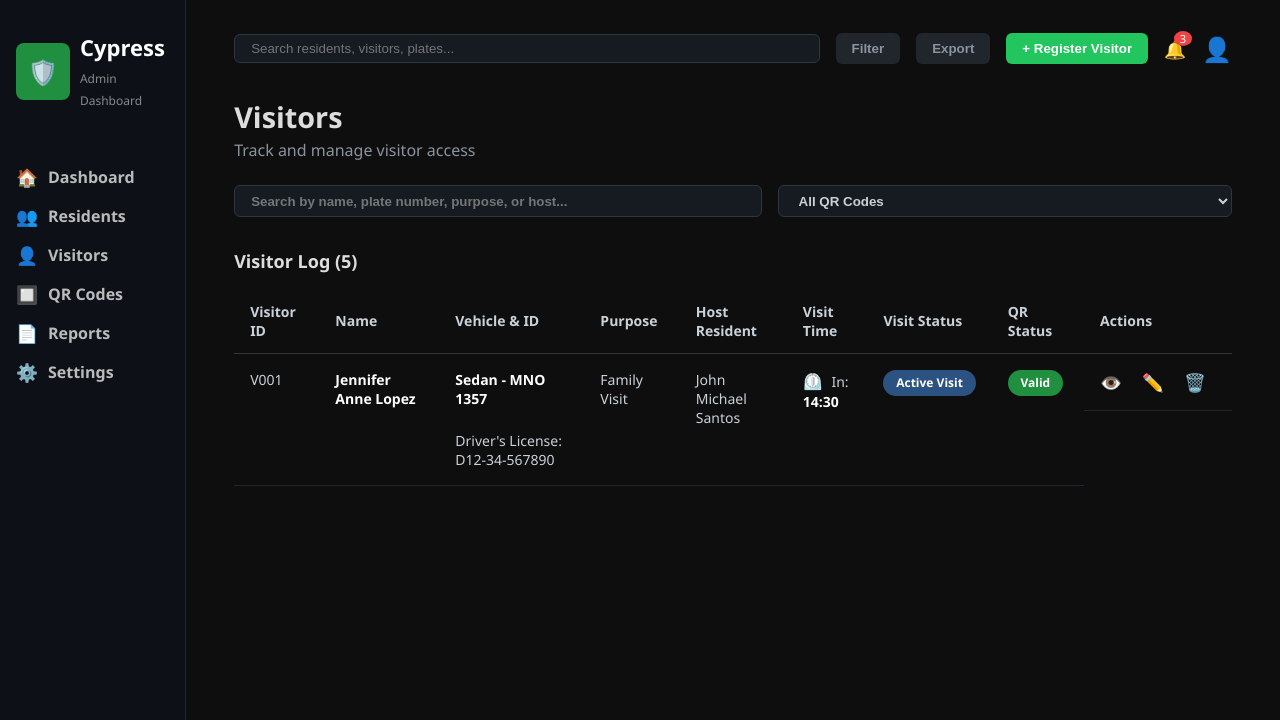
Repository: camuramon/my-project
Page: templates/admin/visitors.html
An editor plug-in stored every save of this project. The page is shown before and after the next save, followed by the edit.
The browser window is 1280 px wide. The pictures show the whole page.
The template is drawn by Flask 3. The application's start-up code is not run. Other server files are loaded and not shown. The template is opened directly, without the code that normally fills it, so the values that code supplies are empty.

Above is the page before, as saved 2025-08-31 05:01:53.

### templates/admin/visitors.html
<!DOCTYPE html>
<html lang="en">
<head>
    <meta charset="UTF-8" />
    <meta name="viewport" content="width=device-width, initial-scale=1" />
    <title>Cypress Admin Dashboard - Visitors</title>
    <!-- Connect visitor.css -->
<link rel="stylesheet" href="{{ url_for('static', filename='css/admin.css') }}">
<link rel="stylesheet" href="{{ url_for('static', filename='css/visitor.css') }}">
</head>
<body>
    <aside class="sidebar">
    <div class="logo">
        <div class="icon">🛡️</div>
        <div class="title">
            <h2>Cypress</h2>
            <span>Admin Dashboard</span>
        </div>
    </div>
    <nav>
        <ul class="sidebar-menu">
            <li class="{% if request.path == url_for('admin_dashboard') %}active{% endif %}">
                <a href="{{ url_for('admin_dashboard') }}"><span class="icon">🏠</span> Dashboard</a>
            </li>
            <li class="{% if request.path == url_for('admin_residents') %}active{% endif %}">
                <a href="{{ url_for('admin_residents') }}"><span class="icon">👥</span> Residents</a>
            </li>
            <li class="{% if request.path == url_for('admin_visitors') %}active{% endif %}">
                <a href="{{ url_for('admin_visitors') }}"><span class="icon">👤</span> Visitors</a>
            </li>
            <li>
                <a href="#"><span class="icon">🔲</span> QR Codes</a>
            </li>
            <li class="{% if request.path == url_for('admin_reports') %}active{% endif %}">
                <a href="{{ url_for('admin_reports') }}"><span class="icon">📄</span> Reports</a>
            </li>
            <li class="{% if request.path == url_for('admin_settings') %}active{% endif %}">
                <a href="{{ url_for('admin_settings') }}"><span class="icon">⚙️</span> Settings</a>
            </li>
        </ul>
    </nav>
</aside>


    <main class="main-content">
        <header class="topbar">
            <input type="search" placeholder="Search residents, visitors, plates..." />
            <div class="topbar-actions">
                <button class="btn filter">Filter</button>
                <button class="btn export">Export</button>
                <button class="btn register-visitor">+ Register Visitor</button>
                <div class="notification">
                    <span class="icon">🔔</span>
                    <span class="badge">3</span>
                </div>
                <div class="profile-icon">👤</div>
            </div>
        </header>

        <section class="page-info">
            <h2>Visitors</h2>
            <p>Track and manage visitor access</p>

            <div class="search-filter">
                <input type="search" placeholder="Search by name, plate number, purpose, or host..." />
                <select>
                    <option>All QR Codes</option>
                </select>
            </div>

            <div class="visitor-log">
                <h3>Visitor Log (5)</h3>
                <table>
                    <thead>
                        <tr>
                            <th>Visitor ID</th>
                            <th>Name</th>
                            <th>Vehicle &amp; ID</th>
                            <th>Purpose</th>
                            <th>Host Resident</th>
                            <th>Visit Time</th>
                            <th>Visit Status</th>
                            <th>QR Status</th>
                            <th>Actions</th>
                        </tr>
                    </thead>
                    <tbody>
                        <tr>
                            <td>V001</td>
                            <td><strong>Jennifer Anne Lopez</strong></td>
                            <td>
                                <strong>Sedan - MNO 1357</strong><br />
                                Driver's License: D12-34-567890
                            </td>
                            <td>Family Visit</td>
                            <td>John Michael <br /> Santos</td>
                            <td><span class="clock-icon">⏲️</span> In:<br /><strong>14:30</strong></td>
                            <td><span class="status active-visit">Active Visit</span></td>
                            <td><span class="qr-status valid">Valid</span></td>
                            <td class="actions">
                                <span class="icon">👁️</span>
                                <span class="icon">✏️</span>
                                <span class="icon">🗑️</span>
                            </td>
                        </tr>
                        <!-- Additional visitor rows -->
                    </tbody>
                </table>
            </div>
        </section>
    </main>
</body>
</html>

### static/css/admin.css
/* ===========================
   GENERAL RESET & BASE STYLES
=========================== */
* {
    box-sizing: border-box;
    margin: 0;
    padding: 0;
}

body {
    font-family: 'Segoe UI', Tahoma, Geneva, Verdana, sans-serif;
    background-color: #0e0e0f;
    color: #ddd;
    display: flex;
    min-height: 100vh;
}

/* ===========================
   SIDEBAR
=========================== */
.sidebar {
    width: 250px;
    background-color: #121314;
    height: 100vh;
    padding: 20px;
    display: flex;
    flex-direction: column;
}

.logo {
    display: flex;
    align-items: center;
    margin-bottom: 40px;
}

.logo .icon {
    background-color: #208f3f;
    padding: 12px;
    border-radius: 8px;
    font-size: 24px;
    color: white;
    margin-right: 10px;
}

.logo .title h2 {
    font-weight: 700;
    color: white;
    margin-bottom: 4px;
}

.logo .title span {
    font-size: 12px;
    color: #888;
}

.sidebar-menu {
    list-style: none;
    padding: 0;
}

.sidebar-menu li {
    margin: 15px 0;
}

.sidebar-menu li a {
    text-decoration: none;
    color: #bbb;
    font-weight: 600;
    display: flex;
    align-items: center;
    gap: 10px;
    font-size: 16px;
}

.sidebar-menu li a i {
    font-size: 18px;
}

.sidebar-menu li.active a,
.sidebar-menu li a:hover {
    color: white;
}

/* ===========================
   MAIN CONTENT
=========================== */
.main-content {
    flex-grow: 1;
    padding: 25px;
    overflow-y: auto;
}

/* ===========================
   HEADER / TOP BAR
=========================== */
.top-bar, .header {
    display: flex;
    justify-content: space-between;
    align-items: center;
    margin-bottom: 20px;
}

.search-bar input[type="search"] {
    width: 350px;
    padding: 10px 15px;
    border: none;
    border-radius: 10px;
    background-color: #232324;
    color: #ccc;
    font-size: 16px;
}

.top-icons, .header-icons {
    display: flex;
    gap: 15px;
}

.icon-btn, .notification-btn, .user-btn {
    background: none;
    border: none;
    color: #ccc;
    font-size: 20px;
    position: relative;
    cursor: pointer;
}

.notification-count {
    position: absolute;
    top: -8px;
    right: -8px;
    background-color: #e02e41;
    font-size: 10px;
    padding: 2px 6px;
    border-radius: 50%;
    color: white;
}

/* ===========================
   DASHBOARD HEADER & ACTIONS
=========================== */
.dashboard-header, .resident-section .sub-header {
    display: flex;
    justify-content: space-between;
    align-items: center;
    margin: 20px 0;
    flex-wrap: wrap;
}

.dashboard-header h1, .resident-section h2 {
    color: white;
}

.dashboard-header p, .resident-section .subtitle {
    color: #999;
    margin-left: 10px;
}

.actions, .buttons {
    display: flex;
    gap: 10px;
}

.filter-btn,
.export-btn,
.add-resident-btn {
    background-color: #222;
    border: none;
    color: white;
    padding: 10px 20px;
    border-radius: 8px;
    cursor: pointer;
    font-weight: 600;
}

.add-resident-btn {
    background-color: #208f3f;
}

.filter-btn:hover,
.export-btn:hover,
.add-resident-btn:hover {
    background-color: #333;
}

/* ===========================
   DASHBOARD CARDS
=========================== */
.stats-cards {
    display: flex;
    gap: 20px;
    flex-wrap: wrap;
    margin-bottom: 40px;
}

.card {
    background-color: #151517;
    border-radius: 12px;
    flex: 1 1 300px;
    padding: 20px;
    position: relative;
    color: #999;
}

.card p { margin-bottom: 8px; }

.card h2 { color: white; font-weight: 800; font-size: 28px; }

.card-icon {
    position: absolute;
    top: 20px;
    right: 20px;
    font-size: 24px;
    padding: 8px;
    border-radius: 100%;
    background-color: #333;
    color: white;
}

.card-icon.green { background-color: #208f3f; }
.card-icon.blue { background-color: #26418f; }
.card-icon.yellow { background-color: #a58f20; }
.card-icon.green-dark { background-color: #14502d; }
.card-icon.gray { background-color: #474751; }

.percentage {
    position: absolute;
    bottom: 20px;
    right: 20px;
    font-weight: 600;
    font-size: 14px;
}

.percentage.positive { color: #26ca4a; }
.percentage.neutral { color: #999; }

/* ===========================
   TABLES
=========================== */
.tables-section, .resident-directory {
    display: flex;
    gap: 20px;
    flex-wrap: wrap;
}

.table-container {
    background-color: #151517;
    padding: 20px;
    border-radius: 12px;
    flex: 1 1 500px;
    color: #bbb;
}

.table-container h3 {
    display: flex;
    justify-content: space-between;
    margin-bottom: 15px;
    color: white;
}

.view-all {
    color: #6668f8;
    font-weight: 600;
    text-decoration: none;
    font-size: 14px;
}

.view-all:hover { text-decoration: underline; }

table {
    width: 100%;
    border-collapse: collapse;
}

th, td {
    padding: 12px 10px;
    text-align: left;
    font-size: 14px;
}

thead tr { border-bottom: 1px solid #333; }
tbody tr:not(:last-child) { border-bottom: 1px solid #333; }
tbody tr:hover { background-color: #252527; }

/* ===========================
   STATUS BADGES
=========================== */
.status {
    padding: 5px 10px;
    border-radius: 20px;
    font-size: 12px;
    font-weight: 700;
    display: inline-block;
}

.status.active { background-color: #208f3f; color: white; }
.status.expired { background-color: #a5891e; color: white; }
.status.suspended { background-color: #7e1e1e; color: white; }
.status.inactive { background-color: #ff4d4f; color: white; }

.qr-status.valid { background-color: #208f3f; color: white; }
.qr-status.expired { background-color: #a5891e; color: white; }

/* ===========================
   BUTTONS, INPUTS, SELECT
=========================== */
button { cursor: pointer; border: none; border-radius: 6px; font-weight: 600; }

select, input[type="search"] {
    background-color: #232324;
    color: #ccc;
    border: 1px solid #333;
    padding: 8px 10px;
    border-radius: 6px;
}

/* ===========================
   HEADINGS & TEXT
=========================== */
h2 { font-size: 22px; margin-bottom: 5px; }
h3 { font-size: 18px; margin-bottom: 10px; }
.subtitle { color: #aaa; margin-bottom: 15px; }

strong { font-weight: 700; }

### static/css/visitor.css
/* Reset and base styles */
* {
    box-sizing: border-box;
    margin: 0;
    padding: 0;
}

body {
    font-family: 'Segoe UI', Tahoma, Geneva, Verdana, sans-serif;
    background-color: #0e0e0f;
    color: #ddd;
    display: flex;
    min-height: 100vh;
}

/* Sidebar */
.sidebar {
    background-color: #0d1117;
    width: 220px;
    padding: 2rem 1rem;
    border-right: 1px solid #21262d;
    display: flex;
    flex-direction: column;
}

.logo h1 {
    color: #48bb78; /* Green */
    margin-bottom: 0.2rem;
}

.logo p {
    color: #8b949e;
    font-size: 0.8rem;
    margin-bottom: 2rem;
}

.navigation ul {
    list-style: none;
}

.navigation li {
    margin-bottom: 1.5rem;
}

.navigation a {
    color: #8b949e;
    text-decoration: none;
    font-weight: 600;
    font-size: 0.9rem;
    display: flex;
    align-items: center;
    gap: 8px;
}

.navigation li.active a,
.navigation a:hover {
    color: #48bb78;
}

.icon {
    font-size: 1.1rem;
}

/* Main content */
.main-content {
    flex-grow: 1;
    padding: 2rem 3rem;
    overflow-y: auto;
}

.topbar {
    display: flex;
    gap: 1rem;
    align-items: center;
    margin-bottom: 2rem;
}

.topbar input[type="search"] {
    flex-grow: 1;
    background: #161b22;
    border: 1px solid #30363d;
    border-radius: 6px;
    padding: 0.4rem 1rem;
    color: #c9d1d9;
}

.topbar-actions {
    display: flex;
    gap: 1rem;
    align-items: center;
}

.btn {
    background-color: #21262d;
    border: none;
    padding: 0.5rem 1rem;
    border-radius: 6px;
    color: #8b949e;
    cursor: pointer;
    font-weight: 600;
    transition: background-color 0.3s;
}

.btn:hover {
    background-color: #30363d;
}

.btn.register-visitor {
    background-color: #22c55e; /* Green */
    color: white;
}

.btn.register-visitor:hover {
    background-color: #16a34a;
}

.notification {
    position: relative;
    color: #8b949e;
    cursor: pointer;
}

.notification .badge {
    position: absolute;
    top: -6px;
    right: -6px;
    background-color: #ef4444;
    color: white;
    font-size: 0.7rem;
    border-radius: 50%;
    padding: 0 6px;
}

.profile-icon {
    font-size: 1.5rem;
    cursor: pointer;
}

/* Page info */
.page-info h2 {
    font-size: 1.8rem;
    font-weight: 700;
    margin-bottom: 0.2rem;
}

.page-info p {
    color: #8b949e;
    margin-bottom: 1.5rem;
}

/* Search filter */
.search-filter {
    display: flex;
    gap: 1rem;
    margin-bottom: 2rem;
}

.search-filter input,
.search-filter select {
    flex-grow: 1;
    background: #161b22;
    border: 1px solid #30363d;
    border-radius: 6px;
    padding: 0.4rem 1rem;
    color: #c9d1d9;
    font-weight: 600;
    cursor: pointer;
}

/* Visitor Log */
.visitor-log h3 {
    margin-bottom: 1rem;
}

table {
    width: 100%;
    border-collapse: collapse;
    color: #c9d1d9;
}

thead th {
    text-align: left;
    padding: 0.8rem 1rem;
    font-weight: 700;
    border-bottom: 1px solid #30363d;
}

tbody td {
    padding: 1rem;
    border-bottom: 1px solid #21262d;
    vertical-align: top;
}

tbody td strong {
    color: white;
    display: block;
    margin-bottom: 0.3rem;
}

/* Status badges */
.status {
    display: inline-block;
    padding: 0.3rem 0.8rem;
    border-radius: 9999px;
    color: white;
    font-size: 0.75rem;
    font-weight: 600;
    text-align: center;
    white-space: nowrap;
}

.active-visit {
    background-color: #2c5282; /* blue */
}

.checked-out {
    background-color: #4a5568; /* gray */
}

.qr-status {
    display: inline-block;
    padding: 0.3rem 0.8rem;
    border-radius: 9999px;
    font-size: 0.75rem;
    font-weight: 600;
    color: white;
    text-align: center;
    white-space: nowrap;
}

.valid {
    background-color: #238636; /* green */
}

.expired {
    background-color: #b45309; /* yellow/orange */
}

/* Actions icons */
.actions .icon {
    cursor: pointer;
    margin-right: 10px;
    font-size: 1.1rem;
    color: #8b949e;
}

.actions .icon:hover {
    color: #48bb78;
}

/* Smaller icons used inside the table */
.clock-icon {
    font-size: 1rem;
    padding-right: 5px;
}

After the next save:
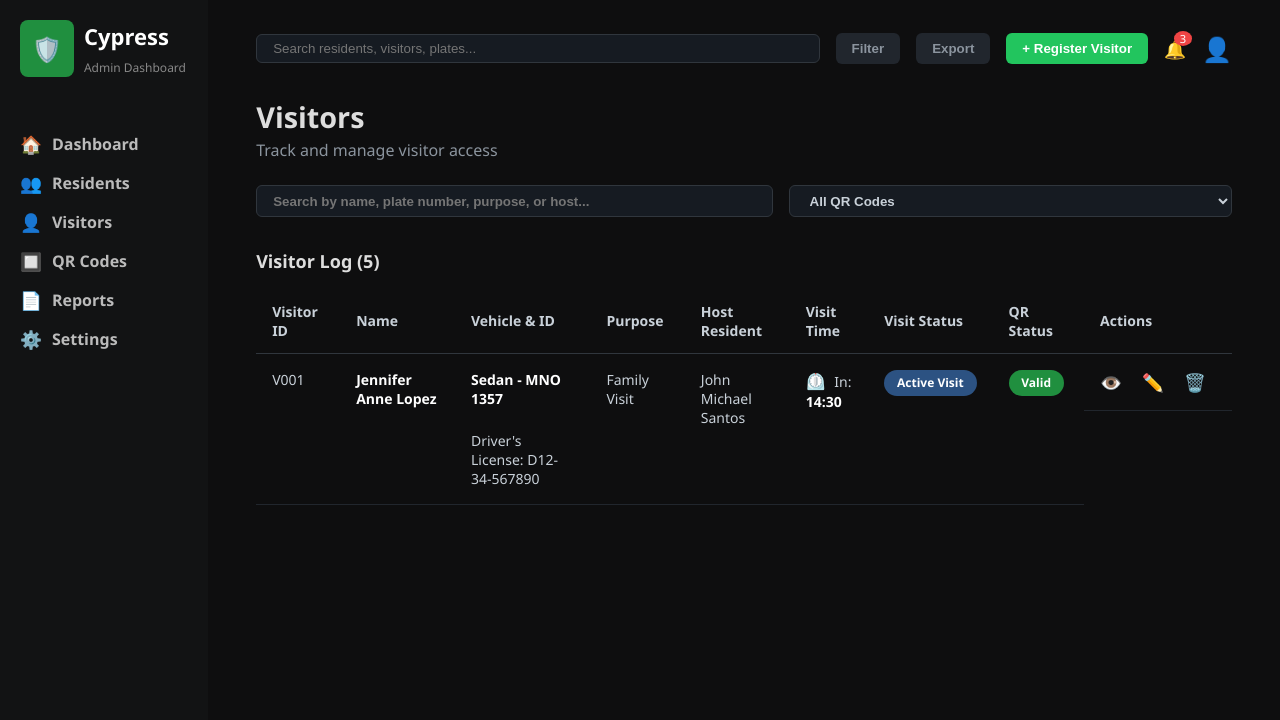
Saved 3 s later.
--- a/static/css/visitor.css
+++ b/static/css/visitor.css
@@ -15,13 +15,14 @@ body {
 
 /* Sidebar */
 .sidebar {
-    background-color: #0d1117;
-    width: 220px;
-    padding: 2rem 1rem;
-    border-right: 1px solid #21262d;
+    width: 250px;
+    background-color: #121314;
+    height: 100vh;
+    padding: 20px;
     display: flex;
     flex-direction: column;
 }
+
 
 .logo h1 {
     color: #48bb78; /* Green */
